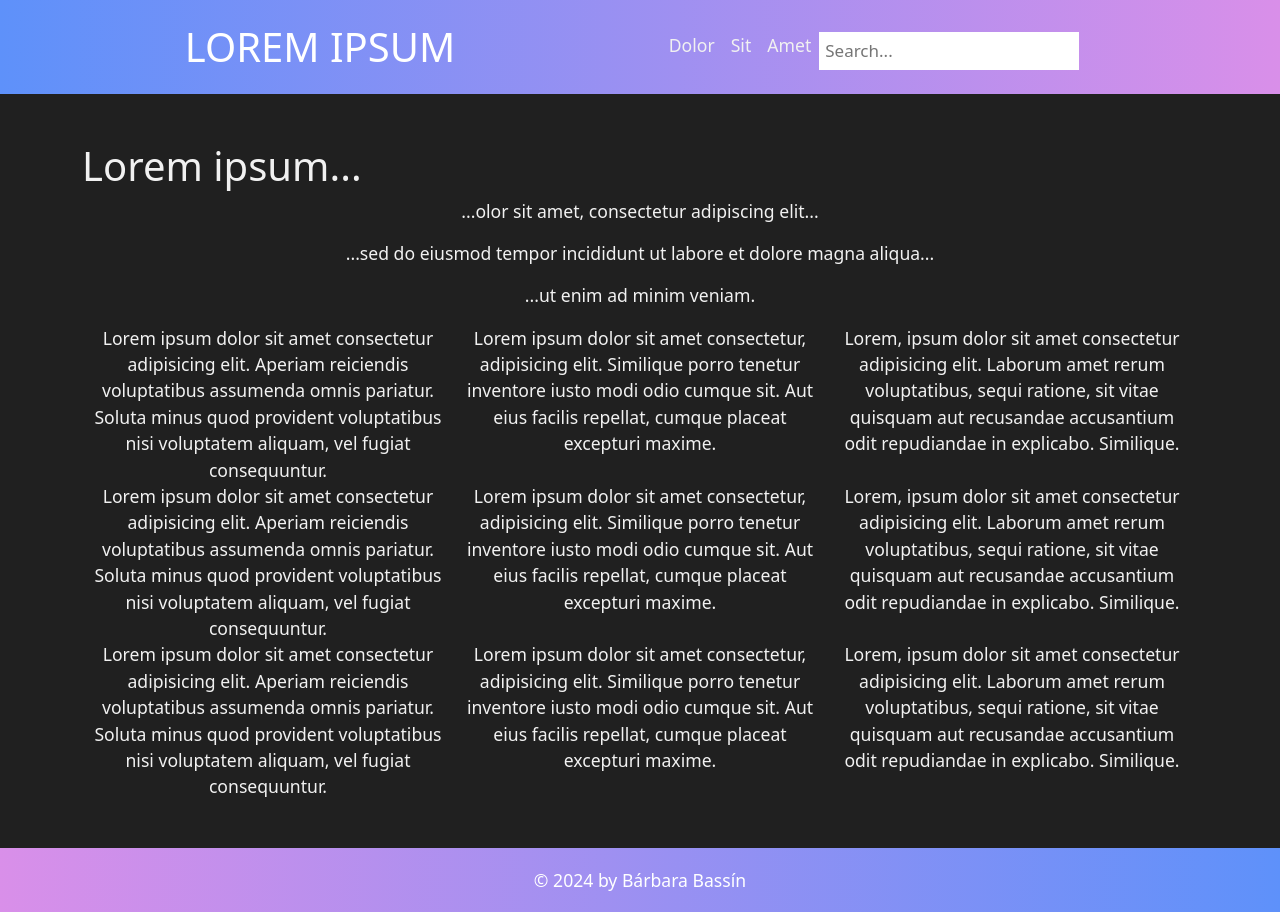
Repository: romancegirl/responsiveness
Page: index.html
These files come from the project's save history. The page is drawn as it stood at one moment and after the next save; the edit follows.
The browser window is 1280 px wide. The pictures show the whole page.

Above is the page before, as saved 2024-11-19 18:44:53.

After the next save:
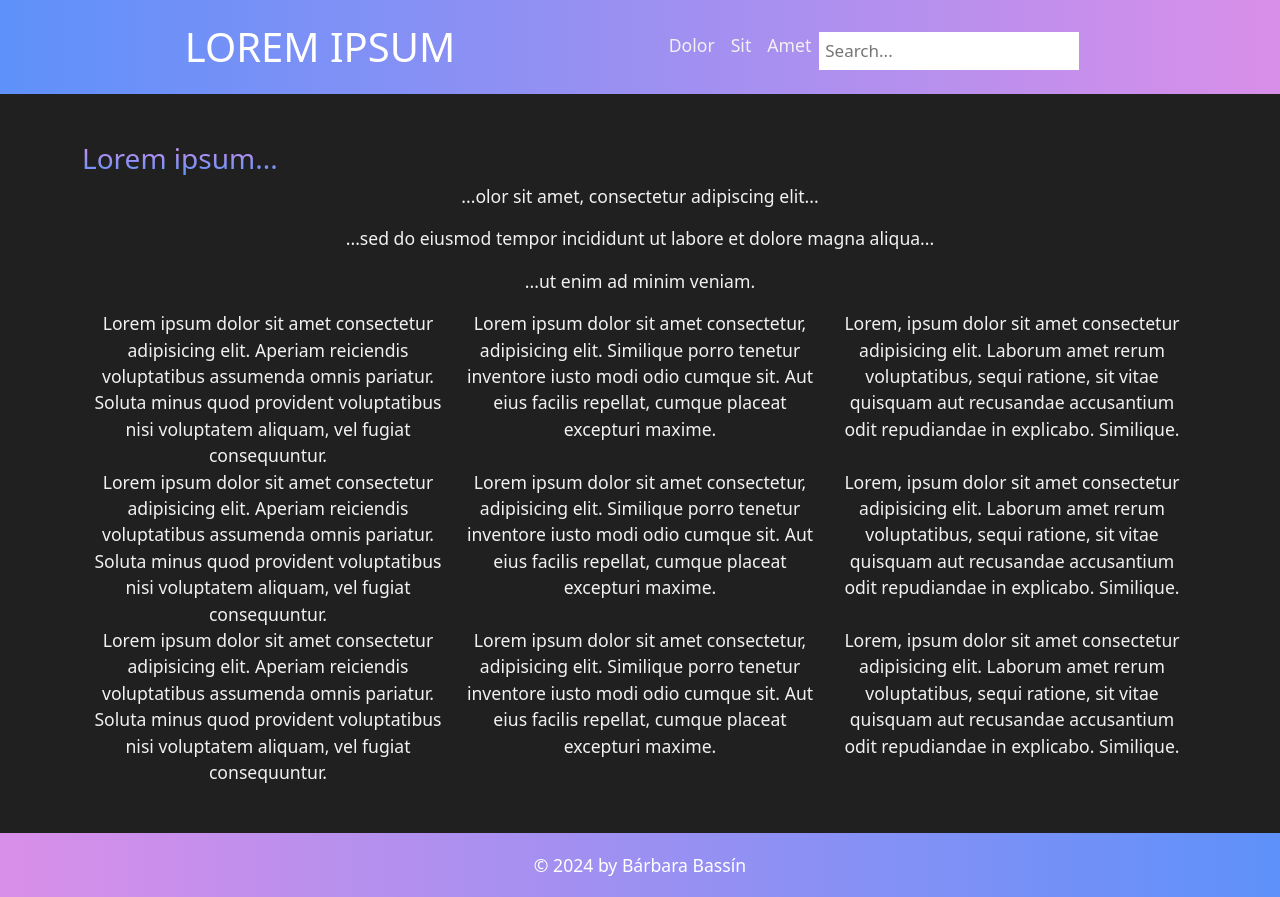
Saved 92 s later.
--- a/index.html
+++ b/index.html
@@ -37,7 +37,7 @@
     <!-- Main -->
     <main class="container my-5">
         <div>
-            <h1>Lorem ipsum...</h1>
+            <h3>Lorem ipsum...</h3>
             <p>...olor sit amet, consectetur adipiscing elit...</p>
             <p>...sed do eiusmod tempor incididunt ut labore et dolore magna aliqua...</p>
             <p>...ut enim ad minim veniam.</p>
